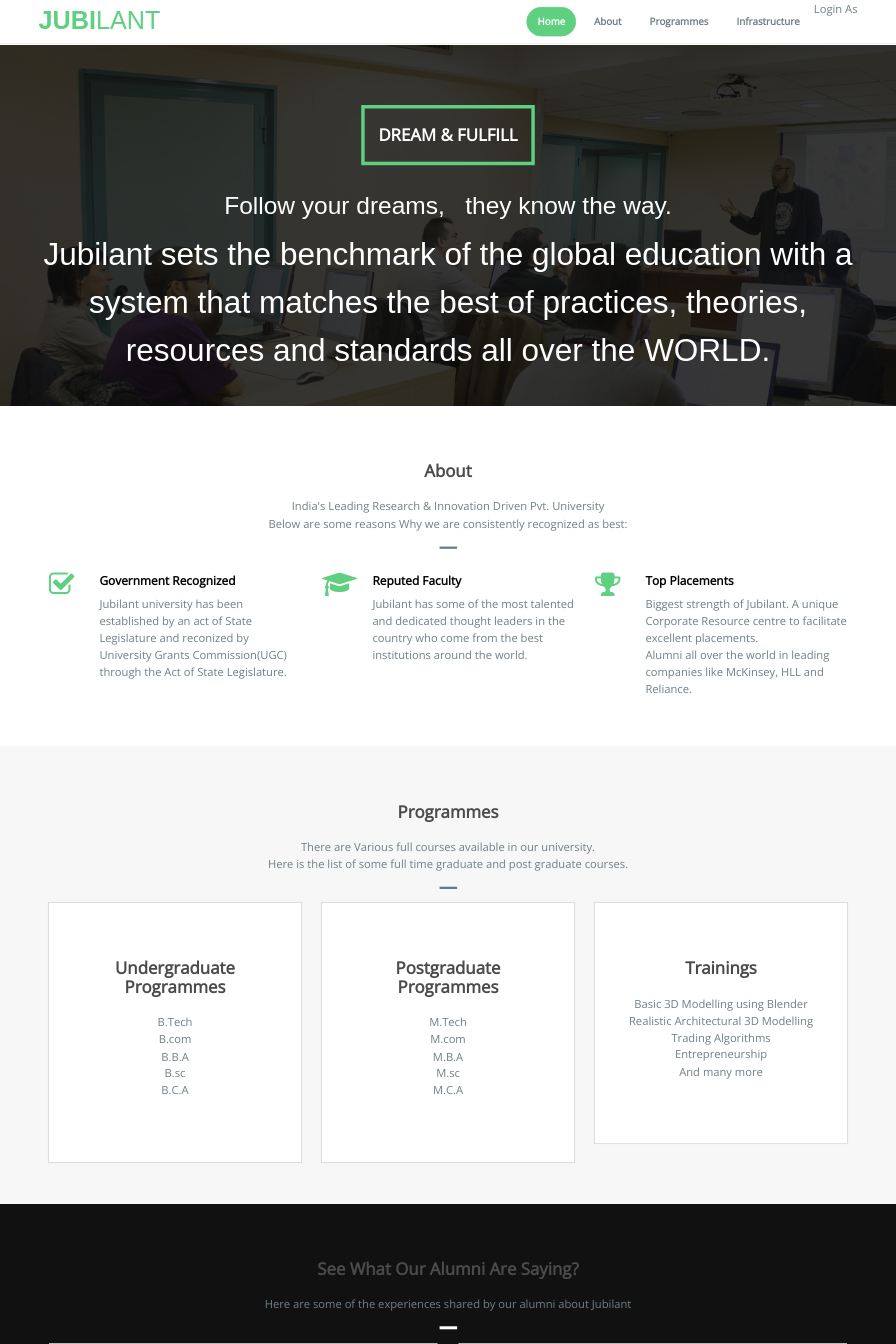
Repository: GauravC8/UMS
Page: http://localhost/login/WEB-INF/index.jsp
The author's editor kept a copy of each file at every save. The page is drawn from the files as they stood at one save, then again after the next save.
The browser window is 1280 px wide. The pictures show the part of the page from y = 0 to 1920 px (the page is 3363 px tall), at 70% of full size.
Some web fonts or font styles are not loaded; a fallback is used. The page is served by Tomcat 9. Nobody is signed in. Other server files are loaded and not shown. The template is opened directly, without the code that normally fills it, so the values that code supplies are empty.

Above is the page before, as saved 2019-04-08 11:01:49.

### login/src/main/webapp/WEB-INF/index.jsp
<%@ page language="java" contentType="text/html; charset=ISO-8859-1"
	pageEncoding="ISO-8859-1"%>
<%@ taglib uri="http://www.springframework.org/tags/form" prefix="form"%>
<%@taglib prefix="c" uri="http://java.sun.com/jsp/jstl/core"%>

<!DOCTYPE html>
<html lang="en">

<head>
<meta charset="utf-8">
<meta name="viewport" content="width=device-width, initial-scale=1">
<title>UMS</title>

<link rel="stylesheet" type="text/css"
	href="https://fonts.googleapis.com/css?family=Open+Sans|Candal|Alegreya+Sans">
<link rel="stylesheet" type="text/css"
	href="resources/css/font-awesome.min.css">
<link rel="stylesheet" type="text/css"
	href="resources/css/bootstrap.min.css">
<link rel="stylesheet" type="text/css"
	href="resources/css/imagehover.min.css">
<link rel="stylesheet" type="text/css" href="resources/css/style.css">

</head>

<body>
	<!--Navigation bar-->
	<nav class="navbar navbar-default navbar-fixed-top">
		<div class="container">
			<div class="navbar-header">
				<button type="button" class="navbar-toggle" data-toggle="collapse"
					data-target="#myNavbar"></button>
				<a class="navbar-brand" href="index.html">Jubi<span>lant</span></a>
			</div>
			<div class="collapse navbar-collapse" id="myNavbar">
				<ul class="nav navbar-nav navbar-right">
					<li class="btn-trial"><a href="#Home">Home</a></li>
					<li><a href="#about">About</a></li>
					<li><a href="#programmes">Programmes</a></li>
					<li><a href="#infrasturcture">Infrastructure</a></li>

					<li>Login As
							<ul class="dropdown-menu" role="menu" aria-labelledby="menu1">
								<li role="presentation"><a role="menuitem" tabindex="-1"
									href="user/loginForm">Student</a></li>
								<li role="presentation"><a role="menuitem" tabindex="-1"
									href="user/loginForm">Faculty</a></li>
								<li role="presentation"><a role="menuitem" tabindex="-1"
									href="user/loginForm">Admin</a></li>
							</ul>
						</div>
					</li>

				</ul>
			</div>
		</div>
	</nav>
	<!--/ Navigation bar-->


	<!--Modal box-->
	<div class="modal fade" id="login" role="dialog">
		<div class="modal-dialog modal-sm">

			<!-- Modal content no 1-->
			<div class="modal-content">
				<div class="modal-header">
					<button type="button" class="close" data-dismiss="modal">&times;</button>
					<h4 class="modal-title text-center form-title">Login</h4>
				</div>
				<div class="modal-body">

					<div class="login-box-body">
						<%-- <form:form action="user/loginUser" class="form-horizontal"
							method="post" modelAttribute="user">
							<div class="form-group">
								<label for="emailId" class="col-md-3 control-label">Email</label>
								<div class="col-md-9">
									<form:input name="emailId" path="emailId"
										cssClass="form-control" />
								</div>
							</div>

							<div class="form-group">
								<label for="password" class="col-md-3 control-label">Password</label>
								<div class="col-md-9">
									<form:password name="password" path="password"
										cssClass="form-control" />
								</div>
							</div>
							<div class="form-group">
								<!-- Button -->
								<div class="col-md-offset-3 col-md-9">
									<form:button cssClass="btn btn-primary">Login</form:button>
								</div>
							</div>
							<div style="color: red">${error}</div>

						</form:form> --%>
					</div>
				</div>
			</div>
		</div>

	</div>
	<!--/ Modal box-->


	<!--Banner-->
	<div class="banner"
		style="background: url('resources/images/bg-banner.jpg') no-repeat center top">
		<div class="bg-color">
			<div class="container">
				<div class="row">
					<div class="banner-text text-center">
						<div class="text-border">
							<h2 class="text-dec">Dream & Fulfill</h2>
						</div>
						<div class="intro-para text-center quote">
							<p class="big-text">Follow your dreams, &nbsp they know the
								way.<p><p class="small-t
							ext">Jubilant sets the benchmark of the
								global education with a system that matches the best of
								practices, theories, resources and standards all over the WORLD.</p>
						</div>

					</div>
				</div>
			</div>
		</div>
	</div>
	<!--/ Banner-->
	<!--About-->
	<section id="about" class="section-padding">
		<div class="container">
			<div class="row">
				<div class="header-section text-center">
					<h2>About</h2>
					<p>
						India's Leading Research & Innovation Driven Pvt. University<br>
						Below are some reasons Why we are consistently recognized as best:
					</p>
					<hr class="bottom-line">
				</div>

				<div class="about">
					<div class="col-md-4">
						<div class="heading pull-right">
							<h4>Government Recognized</h4>
							<p>Jubilant university has been established by an act of
								State Legislature and reconized by University Grants
								Commission(UGC) through the Act of State Legislature.</p>
						</div>
						<div class="about-img pull-left">
							<i class="fa fa-check-square-o"></i>
						</div>
					</div>
				</div>
				<div class="about">
					<div class="col-md-4">
						<div class="heading pull-right">
							<h4>Reputed Faculty</h4>
							<p>Jubilant has some of the most talented and dedicated
								thought leaders in the country who come from the best
								institutions around the world.</p>
						</div>
						<div class="about-img pull-left">
							<i class="fa fa-graduation-cap"></i>
						</div>
					</div>
				</div>
				<div class="about">
					<div class="col-md-4">
						<div class="heading pull-right">
							<h4>Top Placements</h4>
							<p>
								Biggest strength of Jubilant. A unique Corporate Resource centre
								to facilitate excellent placements.<br> Alumni all over the
								world in leading companies like McKinsey, HLL and Reliance.
							</p>
						</div>
						<div class="about-img pull-left">
							<i class="fa fa-trophy"></i>
						</div>
					</div>
				</div>

			</div>
		</div>
	</section>
	<!--/ About-->

	<!--Programs-->
	<section id="programmes" class="section-padding">
		<div class="container">
			<div class="row">
				<div class="header-section text-center">
					<h2>Programmes</h2>
					<p>
						There are Various full courses available in our university.<br>
						Here is the list of some full time graduate and post graduate
						courses.
					</p>
					<hr class="bottom-line">
				</div>
				<div class="col-md-4 col-sm-6">
					<div class="service-box text-center">
						<h2>Undergraduate Programmes</h2>
						<p>
							B.Tech<br>B.com<br>B.B.A<br>B.sc<br>B.C.A
						</p>
					</div>
				</div>
				<div class="col-md-4 col-sm-6">
					<div class="service-box text-center">
						<h2>Postgraduate Programmes</h2>
						<p>
							M.Tech<br>M.com<br>M.B.A<br>M.sc<br>M.C.A
						</p>
					</div>
				</div>
				<div class="col-md-4 col-sm-6">
					<div class="service-box text-center">
						<h2>Trainings</h2>
						<p>
							Basic 3D Modelling using Blender<br>Realistic Architectural
							3D Modelling<br>Trading Algorithms<br>Entrepreneurship<br>And
							many more
						</p>
					</div>
				</div>
			</div>
		</div>
	</section>
	<!--/ programmes-->

	<!--Testimonial-->
	<section id="testimonial" class="section-padding">
		<div class="container">
			<div class="row">
				<div class="header-section text-center">
					<h2 class="white">See What Our Alumni Are Saying?</h2>
					<p class="white">Here are some of the experiences shared by our
						alumni about Jubilant</p>
					<hr class="bottom-line bg-white">
				</div>
				<div class="col-md-6 col-sm-6">
					<div class="text-comment">
						<p class="text-par">"Life in Jubilant has been a breathtaking
							experience.All the faculty members,mentors and everyone in
							Jubilant family have been a great help and a strong support. This
							place has immensely added to my persona and I will always cherish
							the memories I shared with this place."</p>

						<p class="text-name">
							Himani Gupta- MBA in Competitive Intelligence<br>
							Batch:2012-14
						</p>
					</div>
				</div>
				<div class="col-md-6 col-sm-6">
					<div class="text-comment">
						<p class="text-par">"Jubilant has been a completely enriching
							experience. I have acquired lot of confidence through various
							plaforms provided by College such as Sangathan, Youth Fest etc
							which gave us opportunity to present our innate creativity and
							talent. The faculty is very supportive and ready to help
							anytime."</p>
						<p class="text-name">
							Anita Kumari - B.sc(Fashion Design)<br>Batch:2011-14
						</p>
					</div>
				</div>
			</div>
		</div>
	</section>
	<!--/ Testimonial-->
	<!--Infrastructure-->
	<section id="infrasturcture" class="section-padding">
		<div class="container">
			<div class="row">
				<div class="header-section text-center">
					<h2>Infrastructure</h2>
					<p></p>
					<hr class="bottom-line">
				</div>
			</div>
		</div>
		<div class="container">
			<div class="row">
				<div class="col-md-4 col-sm-6 padleft-right">
					<figure class="imghvr-fold-up">
						<img src="resources/images/library.jfif" class="img-responsive">
						<figcaption>
							<h3>Library</h3>
							<p>Synonymous with the abode of knowledge, the six libraries
								at Jubilant are stocked with the lakhs of books and thousands of
								journals to propel the wisdom growth of the students. These
								libraries are frequently updated with new books and other useful
								study material for students.</p>
						</figcaption>
						<a href="#"></a>
					</figure>
				</div>
				<div class="col-md-4 col-sm-6 padleft-right">
					<figure class="imghvr-fold-up">
						<img src="resources/images/classroom.jfif" class="img-responsive">
						<figcaption>
							<h3>Syndicate Rooms</h3>
							<p>
								300 students can brainstorm at the same time in 50 Syndicate
								Rooms.<br>The Syndicate Rooms provide the perfect setting
								to acquire team skills through exercises like brain-storming
								sessions, group discussions, role-plays etc.
							</p>
						</figcaption>
						<a href="#"></a>
					</figure>
				</div>
				<div class="col-md-4 col-sm-6 padleft-right">
					<figure class="imghvr-fold-up">
						<img src="resources/images/auditorium.jfif" class="img-responsive">
						<figcaption>
							<h3>Auditorium</h3>
							<p>State-of-the-art auditoriums with a combined seating
								capacity of over 3,500 act as a common ground for students,
								faculty and corporate personalities for regular interfaces,
								conferences and other events.</p>
						</figcaption>
						<a href="#"></a>
					</figure>
				</div>
				<div class="col-md-4 col-sm-6 padleft-right">
					<figure class="imghvr-fold-up">
						<img src="resources/images/play.jfif" class="img-responsive">
						<figcaption>
							<h3>Playground</h3>
							<p>At Jubilant,sports form one of the important aspects of a
								student's development.From increasing concentration levels and
								working as a team to inculcating a winning spirit;sports help
								students build a strong character.</p>
						</figcaption>
						<a href="#"></a>
					</figure>
				</div>
				<div class="col-md-4 col-sm-6 padleft-right">
					<figure class="imghvr-fold-up">
						<img src="resources/images/hostel.jfif" class="img-responsive">
						<figcaption>
							<h3>Hostel Accomodation</h3>
							<p>Jubilant offers comprehensive hostel facilities for boys
								and girls separately within the University Campus.Caring wardens
								and a vigilant security ensures a pleasant stay allowing
								students to focus on academics.</p>

					</figure>
				</div>
				<div class="col-md-4 col-sm-6 padleft-right">
					<figure class="imghvr-fold-up">
						<img src="resources/images/labs.jfif" class="img-responsive">
						<figcaption>
							<h3>Laboratory</h3>
							<p>The specialised biotechnology laboratories are equipped to
								conduct advanced practical and research work.Jubilant has over
								300 labs where students experiment and bring to practice what
								they have learnt in theory.</p>
						</figcaption>
						<a href="#"></a>
					</figure>
				</div>
			</div>
		</div>
	</section>
	<!--/ Courses-->




	<!--Footer-->
	<footer id="footer" class="footer">
		<div class="container text-center">

			<h3>For More Information</h3>


			<!-- End newsletter-form -->
			<ul class="social-links">
				<li><a href="#link"><i class="fa fa-twitter fa-fw"></i></a></li>
				<li><a href="#link"><i class="fa fa-facebook fa-fw"></i></a></li>
				<li><a href="#link"><i class="fa fa-google-plus fa-fw"></i></a></li>
				<li><a href="#link"><i class="fa fa-dribbble fa-fw"></i></a></li>
				<li><a href="#link"><i class="fa fa-linkedin fa-fw"></i></a></li>
			</ul>
			All rights reserved

		</div>
	</footer>
	<!--/ Footer-->

	<script src="resources/js/jquery.min.js"></script>
	<script src="resources/js/jquery.easing.min.js"></script>
	<script src="resources/js/bootstrap.min.js"></script>
	<script src="resources/js/custom.js"></script>
	<script src="resources/contactform/contactform.js"></script>

</body>

</html>

### login/src/main/webapp/WEB-INF/resources/css/style.css

body {
	font-size: 15px;
    line-height: 1.52;
    color: #717f86;
    font-size: 16px;
	font-family: 'Open Sans', sans-serif;
    font-weight: 400;
}
ol, ul {
	list-style: none;
}
blockquote, q {
	quotes: none;
}
blockquote:before, blockquote:after,
q:before, q:after {
	content: '';
	content: none;
}
table {
	border-collapse: collapse;
	border-spacing: 0;
}
.section-padding{
	padding: 60px 0px;
}
h1, h2, h3, h4, h5, h6{
    font-family: Open Sans, sans-serif;
    font-weight: 700;
    color: #4B4B4C;
}
a{
    color: #5fcf80;
}
a:hover, a:focus{
    color: #5fcf80;
}
/***********************************
Navigation bar
************************************/
.navbar-default .navbar-brand {
    color: #5FCF80;
}
.navbar-default {
    background-color: #ffffff;
}

.navbar-default .navbar-nav > li > a {
    color: #717f86;
    font-size: 14px;
    font-weight: 700;
}
.navbar-nav > li > a{
	padding: 0px;
	margin: 10px 5px;
	padding: 10px 15px;
}
.navbar-default .navbar-nav > li > a:focus, .navbar-default .navbar-nav > li > a:hover
{
	color: #5FCF80;
}
.btn {


background-color: #5FCF80;
	border-radius: 50px;
	color: #ffffff !important;
	border: 1px solid #5FCF80;
	margin-top: 15px;
}
.navbar-nav .active a{
    background: none !important;
    color: #5FCF80 !important;
    outline: none;
}

.btn-trial a{
	background-color: #5FCF80;
	border-radius: 25px;
	color: #ffffff !important;
	border: 1px solid #5FCF80;
}
.btn-trial a:hover, .btn-trial a:focus{
	border: 1px solid #5FCF80;
	background-color: #fff;
	color: #5FCF80 !important;
}
.navbar-default .navbar-brand {
    font-family: 'Dosis', sans-serif !important;
    font-weight: 700;
    text-transform: uppercase;
    padding: 0px;
    height: inherit;
    font-size: 36px;
    margin: 20px 0px;
}
.navbar-default .navbar-brand span{
	font-weight: 100 !important;
}
.navbar {
    margin-bottom: 0px;
}
.padding-zero{
	padding: 0px;
}
.mart20{
	margin-top: 20px;
}
/***********************************
Banner
************************************/
.banner{
	background: url('resources/images/bg-banner.jpg') no-repeat center top;
    background-size: cover;
	min-height: 580px;
    position: relative;
}
.bg-color{
	background-color: RGBA(12, 11, 11, 0.82);
	min-height: 580px;
}
.text-dec{
	font-size: 24px;
	padding: 10px 20px;
    margin: 15px 0;
	text-transform: uppercase;
    color: #fff;
}
.text-border{
	border: 5px solid #5FCF80;
	display: inline-block;
	margin-top: 150px;
}
.intro-para{
	font-family: 'Alegreya Sans', sans-serif;
	font-size: 45px;
	color: #fff;
	margin-top: 30px;
}

.modal-dialog {
    width: 600px;
    margin: 150px auto;
}
.modal-content h4 {
    font-size: 1.5em;
    font-weight: 700;
}
.login-box-body {
    padding: 15px 30px;
}
.login-box-msg, .register-box-msg {
    margin: 0px;
    text-align: center;
    padding: 0px 20px 20px;
}
.form-title{
color:#5FCF80;
}
.form-control{
border-color:#5FCF80;
}
.modal-sm {
    width: 400px;
}
.padleft-right{
    padding-left: 5px;
    padding-right: 0px;
}
.big-text{
    font-size: 35px;
}
.small-text{
    font-size: 16px;
}
btn{
    background-color: #5fcf80;
    color: #fff;
    -webkit-transition: all 0.3s ease-in-out;
  -moz-transition: all 0.3s ease-in-out;
  transition: all 0.3s ease-in-out;
  margin-top: 10px;
}
.btn:hover,.btn:focus{
    background-color: black;
    color: #5fcf80;
    border-color: #fff;
     -webkit-transition: all 0.3s ease-in-out;
  -moz-transition: all 0.3s ease-in-out;
  transition: all 0.3s ease-in-out;
}
/***********************************
About
************************************/
h2{
	font-size: 24px;
	padding-bottom: 15px;
}
.bottom-line{
	width: 25px;
	height: 3px;
	background-color: rgb(99, 122, 145);
}
.about{
	margin-top: 25px;
}
.about-img {
  width: 20%;
}
.heading {
    width: 80%;
}
.about i {
    font-size: 39px;
    color: #5FCF80;
    margin-top: 7px;
}
.heading h4 {
    font-size: 17px;
    line-height: 1.25;
    font-weight: 700;
    color: #000;
    margin: 10px 0px;
    text-align: left;
}
.heading p {
  text-align: left;
}

/***********************************
Programmes
************************************/
#programmes {
    background-color: rgb(247, 247, 247);
}
.service-box{
    background: #fff;
    padding: 60px 30px 80px;
    box-shadow: 0px 0px 1px 1px rgba(0,0,0,0.1);
}



/***********************************
Testimonial
************************************/
#testimonial{
    background-color: #111;
}
.bg-white{
    background-color: #fff !important;
}
.text-comment{
  background-color: rgb(255, 255, 255);
  padding: 20px;
}
.text-par{
  font-size: 20px;
  padding-bottom: 15px;
}
/***********************************
Infrastructure
************************************/
[class*=" imghvr-"] figcaption, [class^="imghvr-"] figcaption {
    background-color: #5FCF80;
}
[class*=" imghvr-"], [class^="imghvr-"] {
    background-color: #5FCF80;
    color: #fff;
}

/***********************************
Footer
************************************/
.footer {
    padding: 60px 0 20px;
    background: #111;
    color: #ccc;
}
.footer a {
    color: #fff;
}

.footer h3{
	font-weight: 300;
	letter-spacing: 0.05em;
	margin: 0 0 40px;
	font-size: 24px;
}
.footer .form-control {
    border-radius: 30px;
    border: none;
    background: rgba(255,255,255,.1);
    padding-left: 30px;
    color: #e5e6e7;
    margin-bottom: 0;
    height: 48px;
}
.footer .social-links li a {
    color: #fff;
    font-size: 32px;
    line-height: 50px;
    border-radius: 50%;
    text-align: center;
    -webkit-transition: all .3s ease-out;
    transition: all .3s ease-out;
}
.footer .social-links li {
    display: inline-block;
    margin: 0 25px 25px;
    -webkit-transition: all .3s ease-out;
    transition: all .3s ease-out;
}
.footer .mc-trial {
    margin: 20px 0;
}
.footer .social-links {
    list-style: none;
    padding: 0;
    margin: 30px 0 40px;
    padding: 40px 0 0;
    border-bottom: 1px solid rgba(255,255,255,0.2);
}

.footer .form-control:focus{
    box-shadow: none;
}
/***********************************
************************************
Responsive media queries
************************************
***********************************/
@media (min-width: 769px) and (max-width: 980px) {
    .ser-text {
    font-size: 20px;
    }
    .service-box{
        margin-bottom: 30px;
    }
}
@media (min-width: 451px) and (max-width: 768px) {
    .ser-text {
    font-size: 20px;
    }
    .service-box{
        margin-bottom: 30px;
    }


}
@media (min-width: 20px) and (max-width: 450px) {
    .text-dec {
    font-size: 20px;
    }
    .big-text {
    font-size: 30px;
    }
    .small-text {
    font-size: 14px;
    }
    .intro-para {
    font-size: 30px;
    }
    .header-section p{
        font-size: 14px;
    }
    .heading {
    margin-bottom: 20px;
    }

    h3.det-txt {
    font-size: 28px;
    }

    .service-box, .text-comment{
        margin-bottom: 30px;
    }

    .footer .social-links li {
    margin: 0 5px 25px;
    }

    .modal-sm {
    width: 300px;
    }
    .login-box-body {
    padding: 15px 20px;
    }
    .navbar-default .navbar-brand{
        margin-left: 10px;
    }
    .navbar-default .navbar-nav > li > a{
        text-align: center;
    }
}

### login/src/main/webapp/WEB-INF/resources/js/custom.js
(function($) {

  // Navigation scrolls
  $(".navbar-nav li a").on('click', function(event) {
    $('.navbar-nav li').removeClass('active');
    $(this).closest('li').addClass('active');
    var $anchor = $(this);
    var nav = $($anchor.attr('href'));
    if (nav.length) {
      $('html, body').stop().animate({
        scrollTop: $($anchor.attr('href')).offset().top
      }, 1500, 'easeInOutExpo');

      event.preventDefault();
    }
  });
  $(".navbar-collapse a").on('click', function() {
    $(".navbar-collapse.collapse").removeClass('in');
  });

  // Add smooth scrolling to all links in navbar
  $("a.mouse-hover, a.get-quote").on('click', function(event) {
    var hash = this.hash;
    if (hash) {
      event.preventDefault();
      $('html, body').animate({
        scrollTop: $(hash).offset().top
      }, 1500, 'easeInOutExpo');
    }
  });
})(jQuery);

Loaded but not shown: login/src/main/webapp/WEB-INF/resources/css/font-awesome.min.css (library); login/src/main/webapp/WEB-INF/resources/css/bootstrap.min.css (library); login/src/main/webapp/WEB-INF/resources/css/imagehover.min.css (library); login/src/main/webapp/WEB-INF/resources/js/jquery.min.js (library); login/src/main/webapp/WEB-INF/resources/js/jquery.easing.min.js (library); login/src/main/webapp/WEB-INF/resources/js/bootstrap.min.js (library)

After the next save:
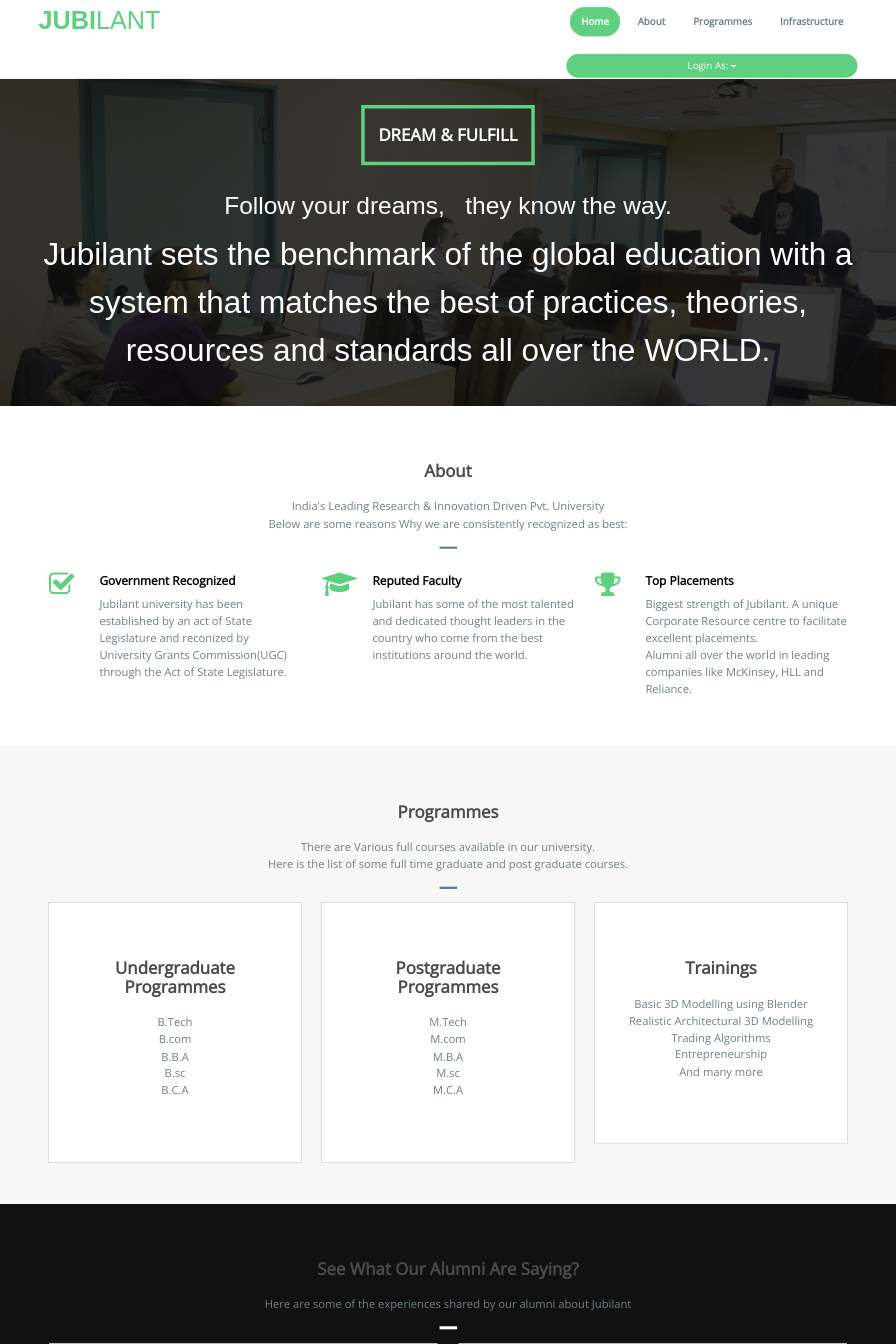
Saved 13 s later.
--- a/login/src/main/webapp/WEB-INF/index.jsp
+++ b/login/src/main/webapp/WEB-INF/index.jsp
@@ -39,7 +39,11 @@
 					<li><a href="#programmes">Programmes</a></li>
 					<li><a href="#infrasturcture">Infrastructure</a></li>
 
-					<li>Login As
+						<div class="dropdown">
+							<button class="btn btn-default dropdown-toggle form-control"
+								type="button" id="menu1" data-toggle="dropdown">
+								Login As: <span class="caret"></span>
+							</button>
 							<ul class="dropdown-menu" role="menu" aria-labelledby="menu1">
 								<li role="presentation"><a role="menuitem" tabindex="-1"
 									href="user/loginForm">Student</a></li>
